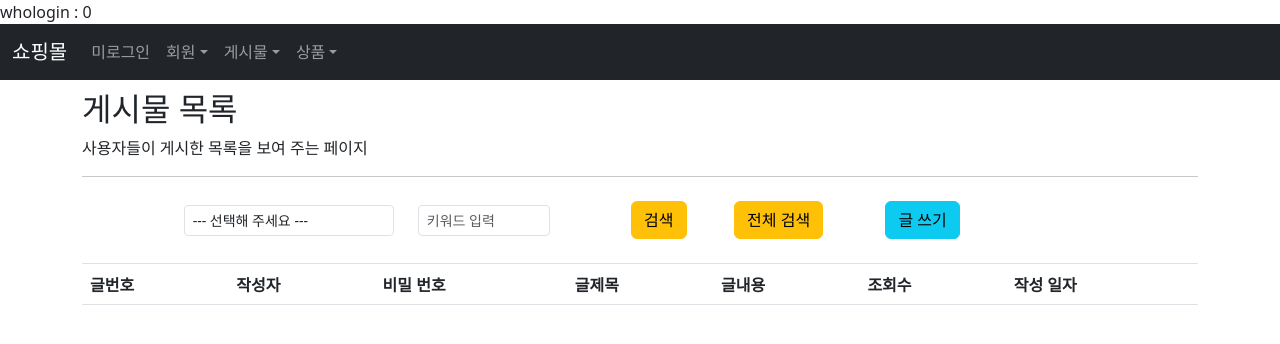
Repository: Sain-Clair/Team5
Page: http://localhost/Student/board/boList.jsp
An editor plug-in stored every save of this project. The page is shown before and after the next save, followed by the edit.
The browser window is 1280 px wide. The pictures show the whole page.
The page is served by Tomcat 9. Other server files are loaded and not shown. The template is opened directly, without the code that normally fills it, so the values that code supplies are empty.

Above is the page before, as saved 2023-09-07 07:39:52.

### Student/src/main/webapp/board/boList.jsp
<%@ page language="java" contentType="text/html; charset=UTF-8" pageEncoding="UTF-8"%>
<%@ include file="./../common/common.jsp"%>
<%@ include file="./../common/bootstrap5.jsp"%>


<%-- <c:forEach var="i" begin="1" end="${bean.depth}" step="1">
	<span class="badge rounded-pill bg-secondary">re</span>
</c:forEach> --%>

<!DOCTYPE html>
<html>
<head>
	<meta charset="UTF-8">
	<title>Insert title here</title>
<script type="text/javascript">
/* select 선택 값 고정 */
$(function() {
	var optionList = $('#mode option');
	for (var i = 0; i < optionList.length; i++) {
		if (optionList[i].value == '${requestScope.pageInfo.mode}') {
			optionList[i].selected = true;
		}
	}
	$('#keyword').val('${requestScope.pageInfo.keyword}');
})

function searchAll(){ //전체 검색
	location.href = '<%=notWithFormTag%>boList';
}
function writeForm() { // 글쓰기
	location.href = '<%=notWithFormTag%>boInsert';
}
</script>
<style type="text/css">
	.container {
		margin-top: 10px;
	}

	.rounded-pill {
		opacity: 0.7;
	}
	.mode, .keyword, .col{
		margin:auto;
	}
	</style>
</head>
<body>
<!-- ${requestScope.pageInfo.pagingStatus} 총 288건-->
	<div class="container">
		<h2>게시물 목록</h2>
		<p>사용자들이 게시한 목록을 보여 주는 페이지</p>
		<hr/>
		<table class="table table-striped">
			<thead>
				<tr>
					<td colspan="7" align="right">
						<div class="row">
							<div class="col-sm-1"></div><!-- grid 화면을 12개로 분할. 그 중에 1 -->
							<div class="col-sm-10">
								<form name="myform" action="<%=withFormTag%>" method="get">
									<input type="hidden" name="command" value="boList">
									<div class="row">
										<div class="col-sm-3 mode">
											<select class="form-control form-control-sm" id="mode" name="mode">
												<option value="all" selected="selected">--- 선택해 주세요 ---
												<option value="id">작성자
												<option value="subject">글제목
												<option value="contents">글내용
											</select>
										</div>
										<div class="col-sm-2 keyword">
											<input class="form-control form-control-sm" type="text" name="keyword" id="keyword" placeholder="키워드 입력">
										</div>
										<div class="col">
											<button type="submit" class="btn btn-warning form-control-sm" onclick="">검색</button>
										</div>
										<div class="col">
											<button type="button" class="btn btn-warning form-control-sm" onclick="searchAll();">전체 검색</button>
										</div>
										<div class="col">
											<button type="button" class="btn btn-info form-control-sm" onclick="writeForm();">글 쓰기</button>
										</div>
										<div class="col">${requestScope.pageInfo.pagingStatus}</div>
									</div>
								</form>
							</div>
							<div class="col-sm-1"></div><!-- grid 화면을 12개로 분할. 그 중에 1 -->
						</div>
					</td>
				</tr>
				<tr>
					<th>글번호</th>
					<th>작성자</th>
					<th>비밀 번호</th>
					<th>글제목</th>
					<th>글내용</th>
					<th>조회수</th>
					<th>작성 일자</th>
				</tr>
			</thead>
			<tbody>
				<c:forEach var="bean" items="${requestScope.datalist}">
					<tr>
						<td>${bean.no}</td>
						<td>${bean.id}</td>
						<td>${bean.password}</td>
						<td><a href="<%=notWithFormTag%>boDetail&no=${bean.no}">${bean.subject}</a></td>
						<td>${bean.content}</td>
						<td><c:if test="${bean.readhit >= 30}">
								<span class="badge rounded-pill bg-primary"> ${bean.readhit} </span>
							</c:if>
							<c:if test="${bean.readhit < 30}">
								<span class="badge rounded-pill bg-danger"> ${bean.readhit} </span>
							</c:if>
						</td>
						<td>${bean.regdate}</td>
					</tr>
			</c:forEach>
			</tbody>
		</table>
		${requestScope.pageInfo.pagingHtml}
	</div>
</body>
</html>

### Student/src/main/webapp/common/common.jsp
<%@page import="com.shopping.model.bean.Member"%>
<%@ page language="java" contentType="text/html; charset=UTF-8"
	pageEncoding="UTF-8"%>

<%
	// appName : 애플리케이션 이름(프로젝트 이름_Student)
	String appName = request.getContextPath();
	// in FrontController.java file
	String mappingName = "/Shopping";

	// form 태그에서 사용할 변수
	String withFormTag = appName + mappingName;

	// form 태그가 아닌 영역에서 사용할 변수 <a>
	String notWithFormTag = appName + mappingName +"?command=";

	/* out.print("프로젝트 이름 : " + appName + "<br/>") ;
	out.print("mappingName:" + mappingName +"<br/>");
	out.print("withFormTag:" + withFormTag +"<br/>");
	out.print("notWithFormTag:" + notWithFormTag +"<br/>"); */
%>

<%@page import="java.util.*"%>

<%-- jstl을 위한 태그 라이브러리 선언 --%>
<%@ taglib prefix="c" uri="http://java.sun.com/jsp/jstl/core" %>
<%@ taglib prefix="fn" uri="http://java.sun.com/jsp/jstl/functions" %>

<%-- include file="bootstrap5.jsp" --%>
<%
	// 이 코드들은 차후 삭제 예정
	/*Member mem = new Member() ;
	mem.setId("hong") ; // admin  hong
	mem.setName("홍길동") ; // 관리자  홍길동
	session.setAttribute("loginfo", mem);
	session.setAttribute("loginfo", null); // 미로그인

	// 경고성 Alert Box
	session.setAttribute("alertMessage", "아이디/비번 정보를 잘못 입력하셨습니다.");
	session.setAttribute("alertMessage", null);*/
%>

<!-- whologin 변수는 현재 로그인 상태를 알려 주는 변수입니다. -->
<!-- 미로그인(0) 일반 사용자(1) 관리자(2) -->
<c:set var="whologin" value="0"/>
<c:if test="${not empty sessionScope.loginfo}">
	<c:if test="${sessionScope.loginfo.id == 'admin'}">
		<c:set var="whologin" value="2"/>
	</c:if>
	<c:if test="${sessionScope.loginfo.id != 'admin'}">
		<c:set var="whologin" value="1"/>
	</c:if>
</c:if>
whologin : ${whologin}


<!DOCTYPE html>
<html>
<head>
	<meta charset="UTF-8">
	<title>Insert title here</title>
	<!-- 이 파일은 모든 문서에서 공용으로 참조할 파일입니다.  -->
	<!-- 자바 관련 변수 및 패키지 임포트, 네비게이션 바, jstl 등등 -->
	<!-- for sweet alert -->
	<script src="${pageContext.request.contextPath}/js/sweetalert.js"></script>
	<style>
		.alert-dismissible{margin: 10px;}
	</style>
</head>
<body>
	<nav class="navbar navbar-expand-sm bg-dark navbar-dark">
		<div class="container-fluid">
			<a class="navbar-brand" href="start.jsp">쇼핑몰</a>
			<button class="navbar-toggler" type="button"
				data-bs-toggle="collapse" data-bs-target="#collapsibleNavbar">
				<span class="navbar-toggler-icon"></span>
			</button>
			<div class="collapse navbar-collapse" id="collapsibleNavbar">
				<ul class="navbar-nav">
					<li class="nav-item">
						<c:if test="${whologin eq 0}">
							<a class="nav-link" href="#">미로그인</a>
						</c:if>
						<c:if test="${whologin ne 0}">
							<a class="nav-link" href="#">${sessionScope.loginfo.name}님</a>
						</c:if>
					</li>

					<!-- member section -->
					<li class="nav-item dropdown">
						<a class="nav-link dropdown-toggle" href="#" role="button"
							data-bs-toggle="dropdown">회원</a>
						<ul class="dropdown-menu">
							<c:if test="${whologin eq 0}"><!-- href 띄어쓰기 x -->
								<li><a class="dropdown-item" href="<%=notWithFormTag%>meInsert">회원 가입</a></li>
								<li><a class="dropdown-item" href="<%=notWithFormTag%>meLogin">로그인</a></li>
							</c:if>
							<c:if test="${whologin ne 0}">
								<li><a class="dropdown-item" href="#">정보 수정</a></li>
								<li><a class="dropdown-item" href="<%=notWithFormTag%>meLogout">로그아웃</a></li>
								<li><a class="dropdown-item" href="<%=notWithFormTag%>meDetail&id=${sessionScope.loginfo.id}">상세보기</a></li>
								<li><a class="dropdown-item" href="#">탈퇴하기</a></li>
							</c:if>
							<c:if test="${whologin eq 2}">
								<li><a class="dropdown-item" href="<%=notWithFormTag%>meList">회원 목록 보기</a></li>
							</c:if>
						</ul>
					</li>

					<!-- board section -->
					<li class="nav-item dropdown">
						<a class="nav-link dropdown-toggle" href="#" role="button"
							data-bs-toggle="dropdown">게시물</a>
						<ul class="dropdown-menu">
							<c:if test="${whologin ne 0}">
								<li><a class="dropdown-item" href="<%=notWithFormTag%>boInsert">게시물 등록</a></li>
							</c:if>
							<li><a class="dropdown-item" href="<%=notWithFormTag%>boList">목록 보기</a></li>
						</ul>
					</li>
					<!-- product section -->
					<li class="nav-item dropdown">
						<a class="nav-link dropdown-toggle" href="#" role="button"
							data-bs-toggle="dropdown">상품</a>
						<ul class="dropdown-menu">
							<c:if test="${whologin eq 2}">
								<li><a class="dropdown-item" href="<%=notWithFormTag%>prInsert">상품 등록</a></li>
							</c:if>
							<li><a class="dropdown-item" href="<%=notWithFormTag%>prList">목록 보기</a></li>
						</ul>
					</li>

				</ul>
			</div>
		</div>
	</nav>

	<c:if test="${not empty sessionScope.alertMessage}">
		<%-- 사용자에게 주의/경고/오류 등을 알려 주기 위한 Alert Box --%>
		<div class="alert alert-danger alert-dismissible">
	    	<button type="button" class="btn-close" data-bs-dismiss="alert"></button>
	    	<strong>😂😒😂😒😂😒😂😒😂😒😂😒😂😒😂😒😂😒</strong> ${sessionScope.alertMessage}
	  	</div>
	</c:if>
	<%-- 보여준 Alert Box를 session 영역에서 제거합니다. --%>
	<c:remove var="alertMessage" scope="session"/>
</body>
</html>

### Student/src/main/webapp/common/bootstrap5.jsp
<%@ page language="java" contentType="text/html; charset=UTF-8"
    pageEncoding="UTF-8"%>
<!DOCTYPE html>
<html>
<head>
	<meta charset="UTF-8">
	<meta name="viewport" content="width=device-width, initial-scale=1">
	<title>Insert title here</title>
	<!-- 이 파일은 부트 스트랩5를 사용하기 위한 공용 파일입니다. -->
	<!-- 부트 스트랩이 제이 쿼리를 참조하므로 반드시 jquery.js 선언이 먼저 되어야 합니다. -->
	<script type="text/javascript" src="${pageContext.request.contextPath}/js/jquery.js"></script>
	<script type="text/javascript" src="${pageContext.request.contextPath}/js/bootstrap.min.js"></script>
	<link rel="stylesheet" href="${pageContext.request.contextPath}/css/bootstrap.min.css">

	<link rel="stylesheet" href="${pageContext.request.contextPath}/css/jquery-ui.css">
  	<script type="text/javascript" src="${pageContext.request.contextPath}/js/jquery-ui.js"></script>
</head>
<body>

</body>
</html>

Loaded but not shown: Student/src/main/webapp/js/sweetalert.js (library); Student/src/main/webapp/js/jquery.js (library); Student/src/main/webapp/js/bootstrap.min.js (library); Student/src/main/webapp/css/bootstrap.min.css (library); Student/src/main/webapp/css/jquery-ui.css (library); Student/src/main/webapp/js/jquery-ui.js (library)

After the next save:
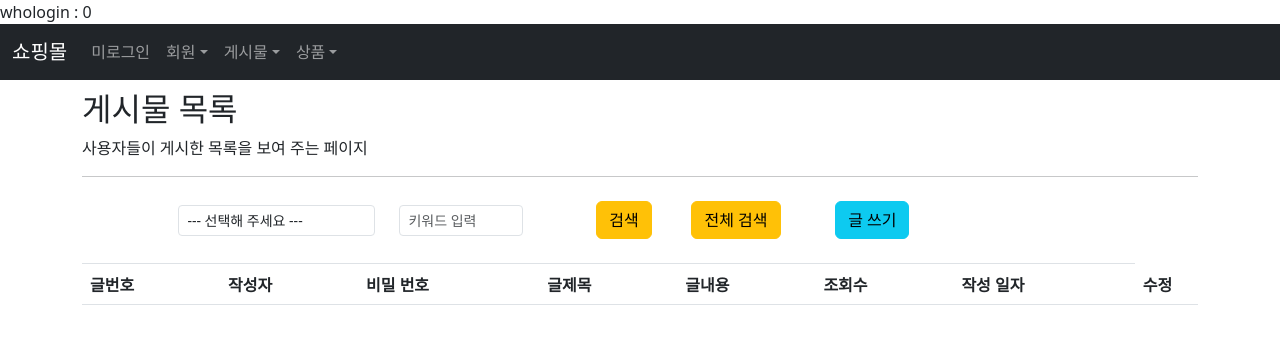
Saved 9 min 20 s later.
--- a/Student/src/main/webapp/board/boList.jsp
+++ b/Student/src/main/webapp/board/boList.jsp
@@ -96,6 +96,7 @@ function writeForm() { // 글쓰기
 					<th>글내용</th>
 					<th>조회수</th>
 					<th>작성 일자</th>
+					<th>수정</th>
 				</tr>
 			</thead>
 			<tbody>
@@ -114,6 +115,7 @@ function writeForm() { // 글쓰기
 							</c:if>
 						</td>
 						<td>${bean.regdate}</td>
+						<td>수정</td>
 					</tr>
 			</c:forEach>
 			</tbody>
